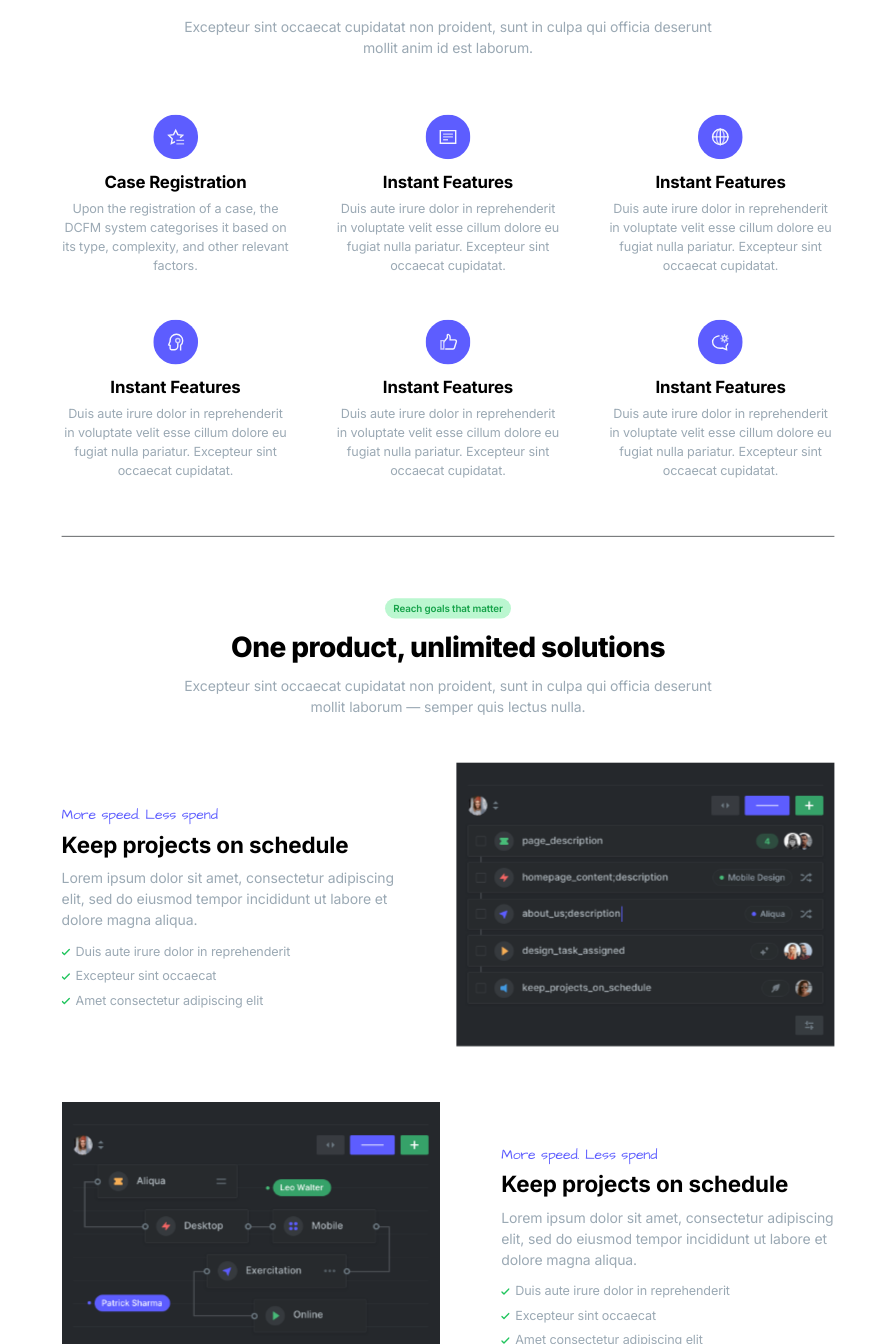
Repository: xoshiraghavx/SIH-23
Page: /
These files come from the project's save history. The page is drawn as it stood at one moment and after the next save; the edit follows.
The browser window is 1280 px wide. The pictures show the part of the page from y = 1252 to 3172 px (the page is 5067 px tall before and 5100 px after), at 70% of full size.
The project was rebuilt for these pictures with package versions that can differ from the ones it lists, and the page was loaded fresh each time. The framework's server and built-in components were replaced by stand-ins that run in the browser. Also part of the build but not shown: next.config.js.

Above is the page before, as saved 2023-09-28 15:14:51.

### app/layout.tsx
import './css/style.css'

import { Inter, Architects_Daughter } from 'next/font/google'

import Header from '@/components/ui/header'
import Banner from '@/components/banner'

const inter = Inter({
  subsets: ['latin'],
  variable: '--font-inter',
  display: 'swap'
})

const architects_daughter = Architects_Daughter({
  subsets: ['latin'],
  variable: '--font-architects-daughter',
  weight: '400',
  display: 'swap'
})

export const metadata = {
  title: 'Create Next App',
  description: 'Generated by create next app',
}

export default function RootLayout({
  children,
}: {
  children: React.ReactNode
}) {
  return (
    <html lang="en">
      <body className={`${inter.variable} ${architects_daughter.variable} font-inter antialiased bg-white text-black tracking-tight`}>
        <div className="flex flex-col min-h-screen overflow-hidden">
          <Header />
          {children}
          <Banner />
        </div>
      </body>
    </html>
  )
}

### components/ui/header.tsx
import Link from 'next/link'
import MobileMenu from './mobile-menu'

export default function Header() {
  return (
    <header className="absolute w-full z-30">
      <div className="max-w-6xl mx-auto px-4 sm:px-6">
        <div className="flex items-center justify-between h-20">
          {/* Site branding */}
          <div className="shrink-0 mr-4">
            {/* Logo */}
            <Link href="/" className="block" aria-label="Cruip">
              <svg className="w-8 h-8 fill-current text-blue" viewBox="0 0 32 32" xmlns="http://www.w3.org/2000/svg">
                <path d="M31.952 14.751a260.51 260.51 0 00-4.359-4.407C23.932 6.734 20.16 3.182 16.171 0c1.634.017 3.21.28 4.692.751 3.487 3.114 6.846 6.398 10.163 9.737.493 1.346.811 2.776.926 4.262zm-1.388 7.883c-2.496-2.597-5.051-5.12-7.737-7.471-3.706-3.246-10.693-9.81-15.736-7.418-4.552 2.158-4.717 10.543-4.96 16.238A15.926 15.926 0 010 16C0 9.799 3.528 4.421 8.686 1.766c1.82.593 3.593 1.675 5.038 2.587 6.569 4.14 12.29 9.71 17.792 15.57-.237.94-.557 1.846-.952 2.711zm-4.505 5.81a56.161 56.161 0 00-1.007-.823c-2.574-2.054-6.087-4.805-9.394-4.044-3.022.695-4.264 4.267-4.97 7.52a15.945 15.945 0 01-3.665-1.85c.366-3.242.89-6.675 2.405-9.364 2.315-4.107 6.287-3.072 9.613-1.132 3.36 1.96 6.417 4.572 9.313 7.417a16.097 16.097 0 01-2.295 2.275z" />
              </svg>
            </Link>
          </div>

          {/* Desktop navigation */}
          <nav className="hidden md:flex md:grow">
            {/* Desktop sign in links */}
            <ul className="flex grow justify-end flex-wrap items-center">
              <li>
                <Link
                  href="/signin"
                  className="font-medium text-purple-600 hover:text-gray-200 px-4 py-3 flex items-center transition duration-150 ease-in-out"
                >
                  Sign in
                </Link>
              </li>
              <li>
                <Link href="/signup" className="btn-sm text-white bg-purple-600 hover:bg-purple-700 ml-3">
                  Sign up
                </Link>
              </li>
            </ul>
          </nav>

          <MobileMenu />

        </div>
      </div>
    </header>
  )
}

### components/banner.tsx
'use client'

import { useState } from 'react'

export default function Banner() {
  const [bannerOpen, setBannerOpen] = useState<boolean>(true)

  return (
    <>
      {bannerOpen && (
        <div className="fixed bottom-0 right-0 w-full md:bottom-8 md:right-12 md:w-auto z-50">
          <div className="bg-slate-800 text-slate-50 text-sm p-3 md:rounded shadow-lg flex justify-between">
            <div className="text-slate-500 inline-flex">
              <a
                className="font-medium hover:underline text-slate-50"
                href="https://github.com/cruip/open-react-template"
                target="_blank"
                rel="noreferrer"
              >
                Download<span className="hidden sm:inline"> on GitHub</span>
              </a>{' '}
              <span className="italic px-1.5">or</span>{' '}
              <a className="font-medium hover:underline text-emerald-400" href="https://cruip.com/open-pro/" target="_blank" rel="noreferrer">
                Check Premium Version
              </a>
            </div>
            <button className="text-slate-500 hover:text-slate-400 pl-2 ml-3 border-l border-gray-700" onClick={() => setBannerOpen(false)}>
              <span className="sr-only">Close</span>
              <svg className="w-4 h-4 shrink-0 fill-current" viewBox="0 0 16 16">
                <path d="M12.72 3.293a1 1 0 00-1.415 0L8.012 6.586 4.72 3.293a1 1 0 00-1.414 1.414L6.598 8l-3.293 3.293a1 1 0 101.414 1.414l3.293-3.293 3.293 3.293a1 1 0 001.414-1.414L9.426 8l3.293-3.293a1 1 0 000-1.414z" />
              </svg>
            </button>
          </div>
        </div>
      )}
    </>
  )
}

### components/features.tsx
export default function Features() {
  return (
    <section>
      <div className="max-w-6xl mx-auto px-4 sm:px-6">
        <div className="py-12 md:py-20">

          {/* Section header */}
          <div className="max-w-3xl mx-auto text-center pb-12 md:pb-20">
            <h2 className="h2 mb-4">The majority our customers do not understand their workflows.</h2>
            <p className="text-xl text-gray-400">Excepteur sint occaecat cupidatat non proident, sunt in culpa qui officia deserunt mollit anim id est laborum.</p>
          </div>

          {/* Items */}
          <div className="max-w-sm mx-auto grid gap-8 md:grid-cols-2 lg:grid-cols-3 lg:gap-16 items-start md:max-w-2xl lg:max-w-none" data-aos-id-blocks>

            {/* 1st item */}
            <div className="relative flex flex-col items-center" data-aos="fade-up" data-aos-anchor="[data-aos-id-blocks]">
              <svg className="w-16 h-16 mb-4" viewBox="0 0 64 64" xmlns="http://www.w3.org/2000/svg">
                <rect className="fill-current text-purple-600" width="64" height="64" rx="32" />
                <path className="stroke-current text-purple-100" d="M30 39.313l-4.18 2.197L27 34.628l-5-4.874 6.91-1.004L32 22.49l3.09 6.26L42 29.754l-3 2.924" strokeLinecap="square" strokeWidth="2" fill="none" fillRule="evenodd" />
                <path className="stroke-current text-purple-300" d="M43 42h-9M43 37h-9" strokeLinecap="square" strokeWidth="2" />
              </svg>
              <h4 className="h4 mb-2">Case Registration</h4>
              <p className="text-lg text-gray-400 text-center">Upon the registration of a case, the DCFM system categorises it based on its type, complexity, and other relevant factors.</p>
            </div>

            {/* 2nd item */}
            <div className="relative flex flex-col items-center" data-aos="fade-up" data-aos-delay="100" data-aos-anchor="[data-aos-id-blocks]">
              <svg className="w-16 h-16 mb-4" viewBox="0 0 64 64" xmlns="http://www.w3.org/2000/svg">
                <circle className="fill-current text-purple-600" cx="32" cy="32" r="32" />
                <path className="stroke-current text-purple-100" strokeWidth="2" strokeLinecap="square" d="M21 23h22v18H21z" fill="none" fillRule="evenodd" />
                <path className="stroke-current text-purple-300" d="M26 28h12M26 32h12M26 36h5" strokeWidth="2" strokeLinecap="square" />
              </svg>
              <h4 className="h4 mb-2">Instant Features</h4>
              <p className="text-lg text-gray-400 text-center">Duis aute irure dolor in reprehenderit in voluptate velit esse cillum dolore eu fugiat nulla pariatur. Excepteur sint occaecat cupidatat.</p>
            </div>

            {/* 3rd item */}
            <div className="relative flex flex-col items-center" data-aos="fade-up" data-aos-delay="200" data-aos-anchor="[data-aos-id-blocks]">
              <svg className="w-16 h-16 mb-4" viewBox="0 0 64 64" xmlns="http://www.w3.org/2000/svg">
                <rect className="fill-current text-purple-600" width="64" height="64" rx="32" />
                <g transform="translate(21 21)" strokeLinecap="square" strokeWidth="2" fill="none" fillRule="evenodd">
                  <ellipse className="stroke-current text-purple-300" cx="11" cy="11" rx="5.5" ry="11" />
                  <path className="stroke-current text-purple-100" d="M11 0v22M0 11h22" />
                  <circle className="stroke-current text-purple-100" cx="11" cy="11" r="11" />
                </g>
              </svg>
              <h4 className="h4 mb-2">Instant Features</h4>
              <p className="text-lg text-gray-400 text-center">Duis aute irure dolor in reprehenderit in voluptate velit esse cillum dolore eu fugiat nulla pariatur. Excepteur sint occaecat cupidatat.</p>
            </div>

            {/* 4th item */}
            <div className="relative flex flex-col items-center" data-aos="fade-up" data-aos-delay="300" data-aos-anchor="[data-aos-id-blocks]">
              <svg className="w-16 h-16 mb-4" viewBox="0 0 64 64" xmlns="http://www.w3.org/2000/svg">
                <rect className="fill-current text-purple-600" width="64" height="64" rx="32" />
                <g transform="translate(22 21)" strokeLinecap="square" strokeWidth="2" fill="none" fillRule="evenodd">
                  <path className="stroke-current text-purple-100" d="M17 22v-6.3a8.97 8.97 0 003-6.569A9.1 9.1 0 0011.262 0 9 9 0 002 9v1l-2 5 2 1v4a2 2 0 002 2h4a5 5 0 005-5v-5" />
                  <circle className="stroke-current text-purple-300" cx="13" cy="9" r="3" />
                </g>
              </svg>
              <h4 className="h4 mb-2">Instant Features</h4>
              <p className="text-lg text-gray-400 text-center">Duis aute irure dolor in reprehenderit in voluptate velit esse cillum dolore eu fugiat nulla pariatur. Excepteur sint occaecat cupidatat.</p>
            </div>

            {/* 5th item */}
            <div className="relative flex flex-col items-center" data-aos="fade-up" data-aos-delay="400" data-aos-anchor="[data-aos-id-blocks]">
              <svg className="w-16 h-16 mb-4" viewBox="0 0 64 64" xmlns="http://www.w3.org/2000/svg">
                <rect className="fill-current text-purple-600" width="64" height="64" rx="32" />
                <g strokeLinecap="square" strokeWidth="2" fill="none" fillRule="evenodd">
                  <path className="stroke-current text-purple-100" d="M29 42h10.229a2 2 0 001.912-1.412l2.769-9A2 2 0 0042 29h-7v-4c0-2.373-1.251-3.494-2.764-3.86a1.006 1.006 0 00-1.236.979V26l-5 6" />
                  <path className="stroke-current text-purple-300" d="M22 30h4v12h-4z" />
                </g>
              </svg>
              <h4 className="h4 mb-2">Instant Features</h4>
              <p className="text-lg text-gray-400 text-center">Duis aute irure dolor in reprehenderit in voluptate velit esse cillum dolore eu fugiat nulla pariatur. Excepteur sint occaecat cupidatat.</p>
            </div>

            {/* 6th item */}
            <div className="relative flex flex-col items-center" data-aos="fade-up" data-aos-delay="500" data-aos-anchor="[data-aos-id-blocks]">
              <svg className="w-16 h-16 mb-4" viewBox="0 0 64 64" xmlns="http://www.w3.org/2000/svg">
                <rect className="fill-current text-purple-600" width="64" height="64" rx="32" />
                <g transform="translate(21 22)" strokeLinecap="square" strokeWidth="2" fill="none" fillRule="evenodd">
                  <path className="stroke-current text-purple-300" d="M17 2V0M19.121 2.879l1.415-1.415M20 5h2M19.121 7.121l1.415 1.415M17 8v2M14.879 7.121l-1.415 1.415M14 5h-2M14.879 2.879l-1.415-1.415" />
                  <circle className="stroke-current text-purple-300" cx="17" cy="5" r="3" />
                  <path className="stroke-current text-purple-100" d="M8.86 1.18C3.8 1.988 0 5.6 0 10c0 5 4.9 9 11 9a10.55 10.55 0 003.1-.4L20 21l-.6-5.2a9.125 9.125 0 001.991-2.948" />
                </g>
              </svg>
              <h4 className="h4 mb-2">Instant Features</h4>
              <p className="text-lg text-gray-400 text-center">Duis aute irure dolor in reprehenderit in voluptate velit esse cillum dolore eu fugiat nulla pariatur. Excepteur sint occaecat cupidatat.</p>
            </div>

          </div>

        </div>
      </div>
    </section>
  )
}

### app/css/additional-styles/utility-patterns.css
/* Typography */
.h1 {
    @apply text-4xl font-extrabold leading-tight tracking-tighter;
}

.h2 {
    @apply text-3xl font-extrabold leading-tight tracking-tighter;
}

.h3 {
    @apply text-3xl font-bold leading-tight;
}

.h4 {
    @apply text-2xl font-bold leading-snug tracking-tight;
}

@screen md {
    .h1 {
        @apply text-5xl;
    }

    .h2 {
        @apply text-4xl;
    }
}

/* Buttons */
.btn,
.btn-sm {
    @apply font-medium inline-flex items-center justify-center border border-transparent rounded-sm leading-snug transition duration-150 ease-in-out;
}

.btn {
    @apply px-8 py-3;
}

.btn-sm {
    @apply px-4 py-2;
}

/* Forms */
.form-input,
.form-textarea,
.form-multiselect,
.form-select,
.form-checkbox,
.form-radio {
    @apply bg-transparent border border-gray-700 focus:border-gray-500;
}

.form-input,
.form-textarea,
.form-multiselect,
.form-select,
.form-checkbox {
    @apply rounded-sm;
}

.form-input,
.form-textarea,
.form-multiselect,
.form-select {
    @apply py-3 px-4;
}

.form-input,
.form-textarea {
    @apply placeholder-gray-500;
}

.form-select {
    @apply pr-10;
}

.form-checkbox,
.form-radio {
    @apply text-purple-600;
}

### app/css/additional-styles/range-slider.css
/* Range slider */
:root {
    --range-thumb-size: 36px;
}

input[type=range] {
    appearance: none;
    background: #ccc;
    border-radius: 3px;
    height: 6px;
    margin-top: (--range-thumb-size - 6px) * 0.5;
    margin-bottom: (--range-thumb-size - 6px) * 0.5;
    --thumb-size: #{--range-thumb-size};
}

input[type=range]::-webkit-slider-thumb {
    appearance: none;
    -webkit-appearance: none;
    background-color: #000;
    background-image: url("data:[embedded picture, 172 characters]");
    background-position: center;
    background-repeat: no-repeat;
    border: 0;
    border-radius: 50%;
    cursor: pointer;
    height: --range-thumb-size;
    width: --range-thumb-size;
}

input[type=range]::-moz-range-thumb {
    background-color: #000;
    background-image: url("data:[embedded picture, 172 characters]");
    background-position: center;
    background-repeat: no-repeat;
    border: 0;
    border: none;
    border-radius: 50%;
    cursor: pointer;
    height: --range-thumb-size;
    width: --range-thumb-size;
}

input[type=range]::-ms-thumb {
    background-color: #000;
    background-image: url("data:[embedded picture, 172 characters]");
    background-position: center;
    background-repeat: no-repeat;
    border: 0;
    border-radius: 50%;
    cursor: pointer;
    height: --range-thumb-size;
    width: --range-thumb-size;
}

input[type=range]::-moz-focus-outer {
    border: 0;
}

### components/ui/mobile-menu.tsx
'use client'

import { useState, useRef, useEffect } from 'react'
import Link from 'next/link'

export default function MobileMenu() {
  const [mobileNavOpen, setMobileNavOpen] = useState<boolean>(false)

  const trigger = useRef<HTMLButtonElement>(null)
  const mobileNav = useRef<HTMLDivElement>(null)

  // close the mobile menu on click outside
  useEffect(() => {
    const clickHandler = ({ target }: { target: EventTarget | null }): void => {
      if (!mobileNav.current || !trigger.current) return;
      if (!mobileNavOpen || mobileNav.current.contains(target as Node) || trigger.current.contains(target as Node)) return;
      setMobileNavOpen(false)
    };
    document.addEventListener('click', clickHandler)
    return () => document.removeEventListener('click', clickHandler)
  })

  // close the mobile menu if the esc key is pressed
  useEffect(() => {
    const keyHandler = ({ keyCode }: { keyCode: number }): void => {
      if (!mobileNavOpen || keyCode !== 27) return;
      setMobileNavOpen(false)
    };
    document.addEventListener('keydown', keyHandler)
    return () => document.removeEventListener('keydown', keyHandler)
  })

  return (
    <div className="md:hidden">
      {/* Hamburger button */}
      <button
        ref={trigger}
        className={`hamburger ${mobileNavOpen && 'active'}`}
        aria-controls="mobile-nav"
        aria-expanded={mobileNavOpen}
        onClick={() => setMobileNavOpen(!mobileNavOpen)}
      >
        <span className="sr-only">Menu</span>
        <svg
          className="w-6 h-6 fill-current text-gray-300 hover:text-gray-200 transition duration-150 ease-in-out"
          viewBox="0 0 24 24"
          xmlns="http://www.w3.org/2000/svg"
        >
          <rect y="4" width="24" height="2" rx="1" />
          <rect y="11" width="24" height="2" rx="1" />
          <rect y="18" width="24" height="2" rx="1" />
        </svg>
      </button>

      {/*Mobile navigation */}
      <nav
        id="mobile-nav"
        ref={mobileNav}
        className="absolute top-full z-20 left-0 w-full px-4 sm:px-6 overflow-hidden transition-all duration-300 ease-in-out"
        style={mobileNavOpen ? { maxHeight: mobileNav.current?.scrollHeight, opacity: 1 } : { maxHeight: 0, opacity: 0.8 }}
      >
        <ul className="bg-gray-800 px-4 py-2">
          <li>
            <Link href="/signin" className="flex font-medium w-full text-purple-600 hover:text-gray-200 py-2 justify-center" onClick={() => setMobileNavOpen(false)}>
              Sign in
            </Link>
          </li>
          <li>
            <Link
              href="/signup"
              className="font-medium w-full inline-flex items-center justify-center border border-transparent px-4 py-2 my-2 rounded-sm text-white bg-purple-600 hover:bg-purple-700 transition duration-150 ease-in-out" onClick={() => setMobileNavOpen(false)}
            >
              Sign up
            </Link>
          </li>
        </ul>
      </nav>
    </div>
  )
}

### components/modal-video.tsx
'use client'

import { useState, useRef, Fragment } from 'react'
import type { StaticImageData } from 'next/image'
import { Dialog, Transition } from '@headlessui/react'
import Image from 'next/image'

interface ModalVideoProps {
  thumb: StaticImageData
  thumbWidth: number
  thumbHeight: number
  thumbAlt: string
  video: string
  videoWidth: number
  videoHeight: number
}

export default function ModalVideo({
  thumb,
  thumbWidth,
  thumbHeight,
  thumbAlt,
  video,
  videoWidth,
  videoHeight,
}: ModalVideoProps) {
  const [modalOpen, setModalOpen] = useState<boolean>(false)
  const videoRef = useRef<HTMLVideoElement>(null)

  return (
    <div>

      {/* Video thumbnail */}
      <div>
        <div className="relative flex justify-center items-center" data-aos="fade-up" data-aos-delay="200">
          <Image src={thumb} width={thumbWidth} height={thumbHeight} alt={thumbAlt} />
          <button className="absolute group" onClick={() => { setModalOpen(true) }} aria-label="Watch the video">
            <svg className="w-16 h-16 sm:w-20 sm:h-20 hover:opacity-75 transition duration-150 ease-in-out" viewBox="0 0 88 88" xmlns="http://www.w3.org/2000/svg">
              <defs>
                <linearGradient x1="78.169%" y1="9.507%" x2="24.434%" y2="90.469%" id="a">
                  <stop stopColor="#EBF1F5" stopOpacity=".8" offset="0%" />
                  <stop stopColor="#EBF1F5" offset="100%" />
                </linearGradient>
              </defs>
              <circle fill="url(#a)" cx="44" cy="44" r="44" />
              <path className="fill-current text-purple-600" d="M52 44a.999.999 0 00-.427-.82l-10-7A1 1 0 0040 37V51a.999.999 0 001.573.82l10-7A.995.995 0 0052 44V44c0 .001 0 .001 0 0z" />
            </svg>
          </button>
        </div>
      </div>
      {/* End: Video thumbnail */}

      <Transition show={modalOpen} as={Fragment} afterEnter={() => videoRef.current?.play()}>
        <Dialog initialFocus={videoRef} onClose={() => setModalOpen(false)}>

          {/* Modal backdrop */}
          <Transition.Child
            className="fixed inset-0 z-[99999] bg-black bg-opacity-75 transition-opacity"
            enter="transition ease-out duration-200"
            enterFrom="opacity-0"
            enterTo="opacity-100"
            leave="transition ease-out duration-100"
            leaveFrom="opacity-100"
            leaveTo="opacity-0"
            aria-hidden="true"
          />
          {/* End: Modal backdrop */}

          {/* Modal dialog */}
          <Transition.Child
            className="fixed inset-0 z-[99999] overflow-hidden flex items-center justify-center transform px-4 sm:px-6"
            enter="transition ease-out duration-200"
            enterFrom="opacity-0 scale-95"
            enterTo="opacity-100 scale-100"
            leave="ttransition ease-out duration-200"
            leaveFrom="oopacity-100 scale-100"
            leaveTo="opacity-0 scale-95"
          >
            <div className="max-w-6xl mx-auto h-full flex items-center">
              <Dialog.Panel className="w-full max-h-full aspect-video bg-black overflow-hidden">
                <video ref={videoRef} width={videoWidth} height={videoHeight} loop controls>
                  <source src={video} type="video/mp4" />
                  Your browser does not support the video tag.
                </video>
              </Dialog.Panel>
            </div>
          </Transition.Child>
          {/* End: Modal dialog */}

        </Dialog>
      </Transition>

    </div>
  )
}

Loaded but not shown: app/(default)/layout.tsx (common file); app/(default)/page.tsx (common file); app/css/style.css (common file); app/css/additional-styles/toggle-switch.css (common file); tailwind.config.js (common file); components/page-illustration.tsx (18 lines, source omitted); components/newsletter.tsx (47 lines, source omitted); components/hero.tsx (57 lines, source omitted); components/ui/footer.tsx (146 lines, source omitted); components/zigzag.tsx (137 lines, source omitted); components/testimonials.tsx (76 lines, source omitted); app/css/additional-styles/theme.css (152 lines, source omitted)

After the next save:
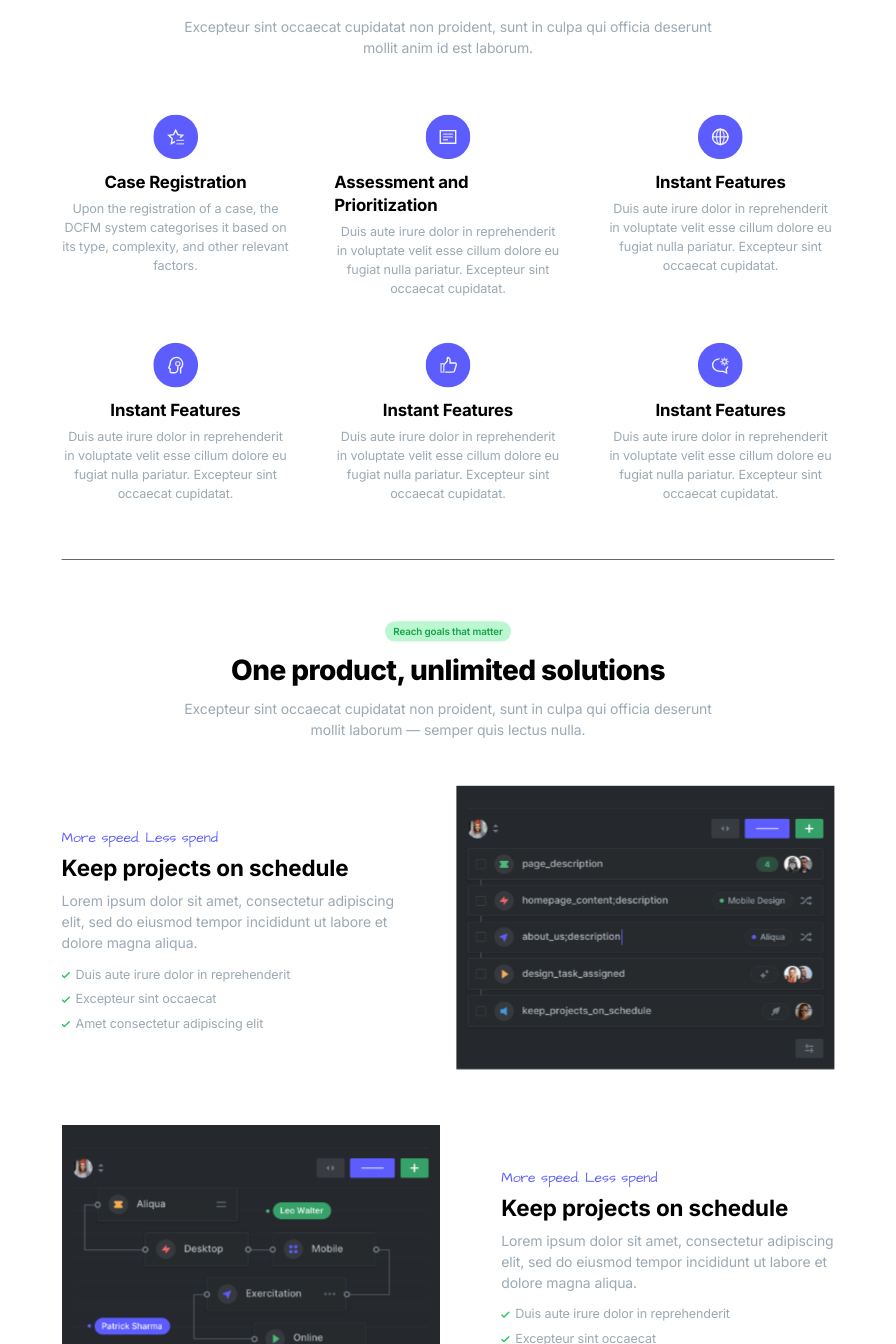
Saved 22 s later.
--- a/components/features.tsx
+++ b/components/features.tsx
@@ -31,7 +31,7 @@ export default function Features() {
                 <path className="stroke-current text-purple-100" strokeWidth="2" strokeLinecap="square" d="M21 23h22v18H21z" fill="none" fillRule="evenodd" />
                 <path className="stroke-current text-purple-300" d="M26 28h12M26 32h12M26 36h5" strokeWidth="2" strokeLinecap="square" />
               </svg>
-              <h4 className="h4 mb-2">Instant Features</h4>
+              <h4 className="h4 mb-2">Assessment and Prioritization</h4>
               <p className="text-lg text-gray-400 text-center">Duis aute irure dolor in reprehenderit in voluptate velit esse cillum dolore eu fugiat nulla pariatur. Excepteur sint occaecat cupidatat.</p>
             </div>
 
